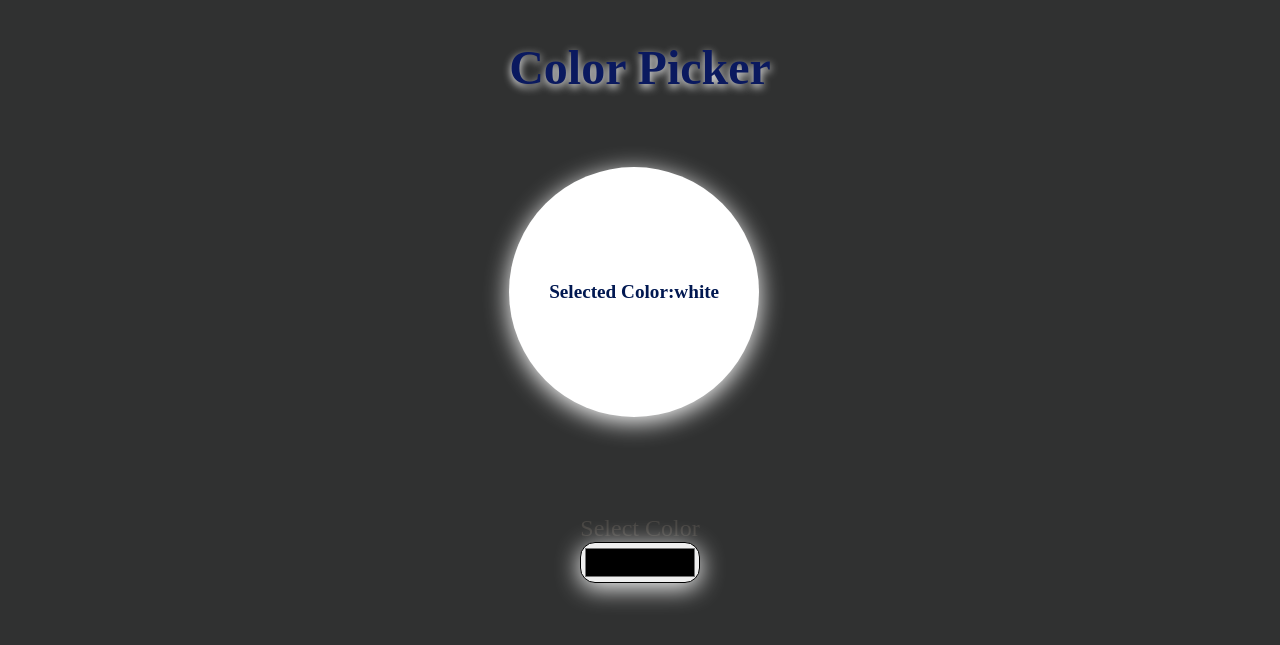
Repository: rkrukshan/Color-Picker--React-
Page: /
The author's editor kept a copy of each file at every save. The page is drawn from the files as they stood at one save, then again after a run of saves.
The browser window is 1280 px wide. The pictures show the whole page.
The project was rebuilt for these pictures with package versions that can differ from the ones it lists, and the page was loaded fresh each time. Also part of the build but not shown: vite.config.js.

Above is the page before, as saved 2024-07-21 19:22:24.

### src/App.jsx
import ColorPicker from "./ColorPicker"

function App() {

  return (
    <>
    <ColorPicker/>
    </>
  )

}

export default App

### src/index.css
body {
  background-color: rgb(48, 49, 49);
}
.cp-container {
  text-align: center;
  display: grid;
  align-items: center;
  justify-content: center;
}
.heading {
  color: rgb(10, 25, 95);
  font-size: 3em;
  text-shadow: 0px 3px 9px rgb(255, 255, 255);
  margin-bottom: 1.5em;
}
.color-pad {
  height: 250px;
  width: 250px;
  border-radius: 50%;
  box-shadow: 0px 5px 25px rgb(255, 255, 255);
  transition: 0.25s;
  display: flex;
  align-items: center;
  justify-content: center;
}
.selectedlabel {
  font-size: larger;
  font-weight: bolder;
  color: rgb(1, 24, 81);
}
.selectlabel {
  font-size: 1.5em;
  color:rgb(71, 69, 66)
}
.colorpicker {
  width: 9em;
  height: 41px;
  border-radius: 15px;
  box-shadow: 0px 5px 25px rgb(255, 255, 255);
  transition: 11s;
}
.btncp{
  margin-top: 5em;
}

### src/ColorPicker.jsx
import { useState } from "react";

function ColorPicker() {
  const [color, setColor] = useState("white");

  function updateColor(event) {
    setColor(event.target.value);
  }
  return (
    <div className="cp-container">
      <h1 className="heading">Color Picker</h1>
      <div className="color-pad" style={{ backgroundColor: color }}>
        <p htmlFor="cp" className="selectedlabel">
          Selected Color:{color}
        </p>
      </div>
      <br />
      <div className="btncp">
        <label htmlFor="scp" className="selectlabel">
          Select Color
        </label>
        <br />
        <input
          type="color"
          value={color}
          onChange={updateColor}
          className="colorpicker"
        />
      </div>
    </div>
  );
}
export default ColorPicker;

Loaded but not shown: index.html (common file); src/main.jsx (common file)

After the next 2 saves:
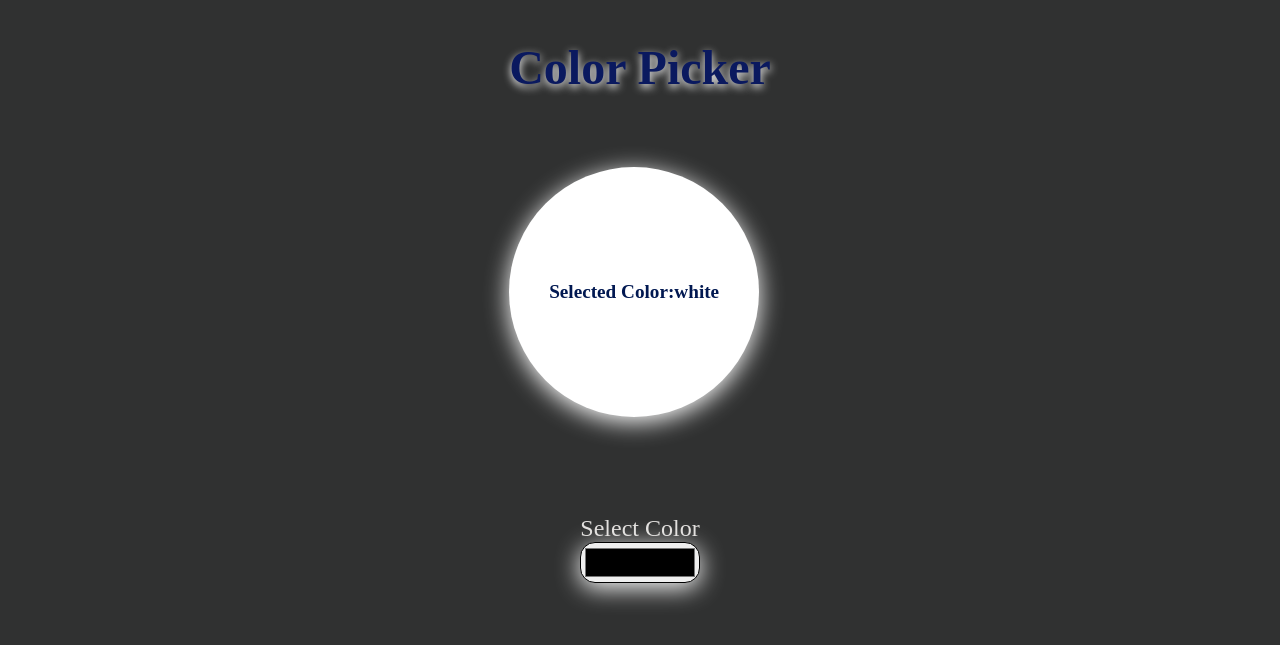
The 2 saves are shown as one change because they came seconds apart.
The last was saved 6 s later.
--- a/src/index.css
+++ b/src/index.css
@@ -30,7 +30,7 @@ body {
 }
 .selectlabel {
   font-size: 1.5em;
-  color:rgb(71, 69, 66)
+  color:rgb(225, 223, 221)
 }
 .colorpicker {
   width: 9em;
